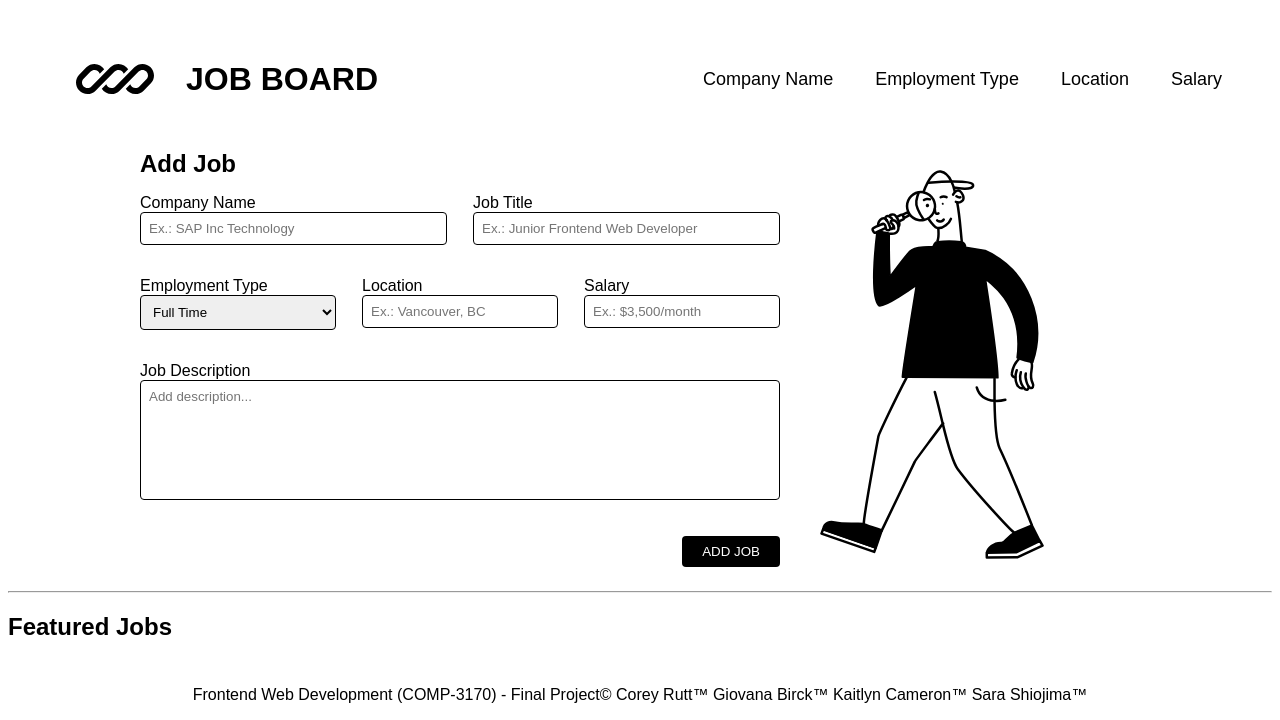
Repository: kcameron37/Final-Project-FrontEnd
Page: /
The author's editor kept a copy of each file at every save. The page is drawn from the files as they stood at one save, then again after the next save.
The browser window is 1280 px wide. The pictures show the whole page.
The project was rebuilt for these pictures with package versions that can differ from the ones it lists, and the page was loaded fresh each time.

Above is the page before, as saved 2023-11-14 21:46:23.

After the next save:
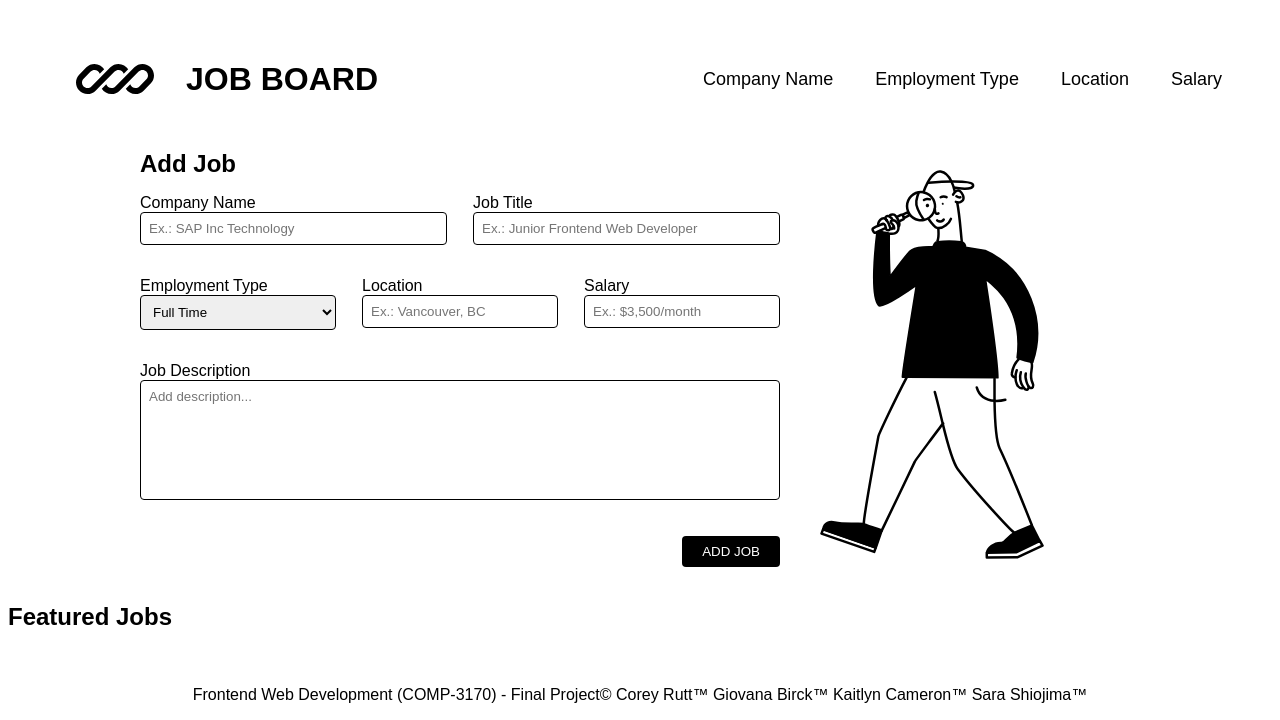
Saved 6 s later.
--- a/src/components/JobList.js
+++ b/src/components/JobList.js
@@ -1,20 +1,23 @@
 import React from 'react';
 import styles from './jobList.module.css';
-
 
 export default function JobList({ jobs, deleteJob }) {
   return (
     <div>
-      <hr />
       <h2>Featured Jobs</h2>
       {
         jobs.map((job, index) => (
           <div key={index} className={styles.jobItem}>
             <h3 className={styles.jobTitle}>{job.jobTitle}</h3>
-            <button className={styles.button} onClick={() => console.log('Make Edit Do Something')}>Edit</button>
-            <button className={styles.button} onClick={() => deleteJob(index)}>Delete</button>
-            <p>{job.companyName} • {job.employment} • {job.location} • {job.salary}</p>
-            <p>{job.description}</p>
+            <div className={styles.companyInfo}>
+              <span>{job.companyName}</span>
+              <span>{job.employment}</span>
+              <span>{job.location}</span>
+              <span>{job.salary}</span>
+              <button className={styles.editButton} onClick={() => console.log('Make Edit Do Something')}>Edit</button>
+              <button className={styles.deleteButton} onClick={() => deleteJob(index)}>Delete</button>
+            </div>
+            <p className={styles.jobDescription}>{job.description}</p>
           </div>
         ))
       }

After the save that followed:
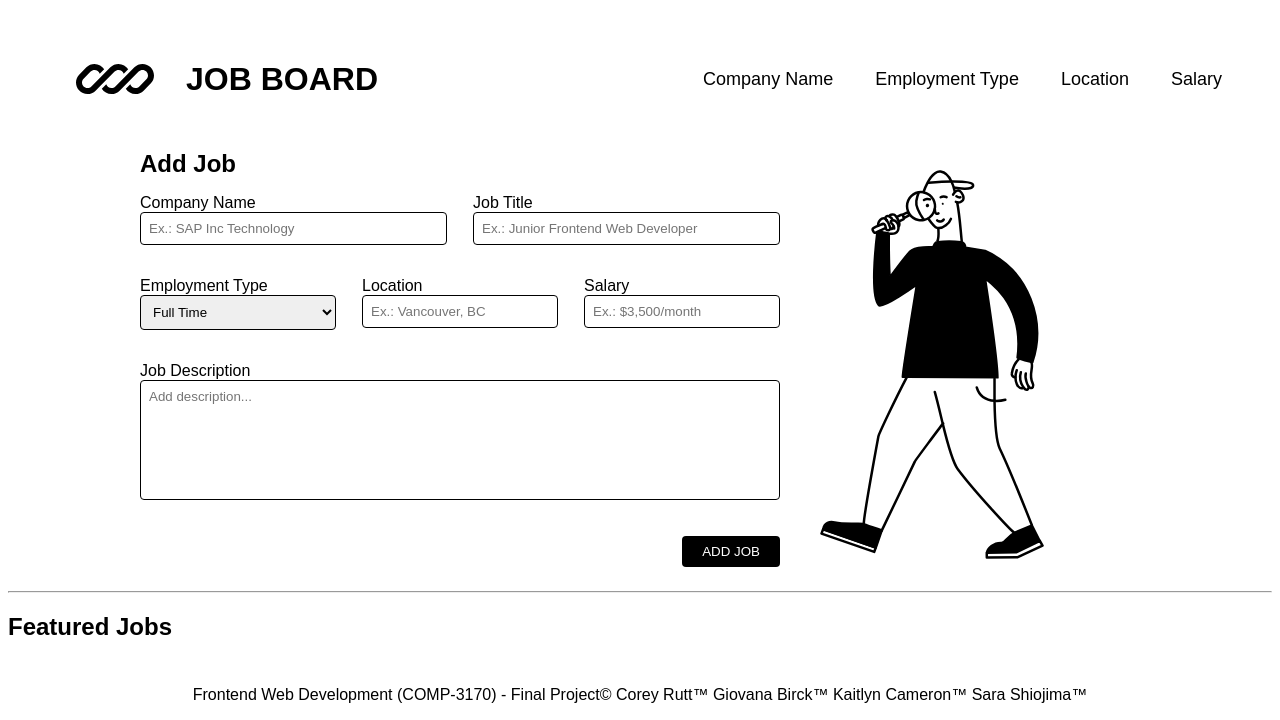
Saved 40 s later.
--- a/src/components/JobList.js
+++ b/src/components/JobList.js
@@ -1,23 +1,20 @@
 import React from 'react';
 import styles from './jobList.module.css';
+
 
 export default function JobList({ jobs, deleteJob }) {
   return (
     <div>
+      <hr />
       <h2>Featured Jobs</h2>
       {
         jobs.map((job, index) => (
           <div key={index} className={styles.jobItem}>
             <h3 className={styles.jobTitle}>{job.jobTitle}</h3>
-            <div className={styles.companyInfo}>
-              <span>{job.companyName}</span>
-              <span>{job.employment}</span>
-              <span>{job.location}</span>
-              <span>{job.salary}</span>
-              <button className={styles.editButton} onClick={() => console.log('Make Edit Do Something')}>Edit</button>
-              <button className={styles.deleteButton} onClick={() => deleteJob(index)}>Delete</button>
-            </div>
-            <p className={styles.jobDescription}>{job.description}</p>
+            <button className={styles.button} onClick={() => console.log('Make Edit Do Something')}>Edit</button>
+            <button className={styles.button} onClick={() => deleteJob(index)}>Delete</button>
+            <p>{job.companyName} • {job.employment} • {job.location} • {job.salary}</p>
+            <p>{job.description}</p>
           </div>
         ))
       }
